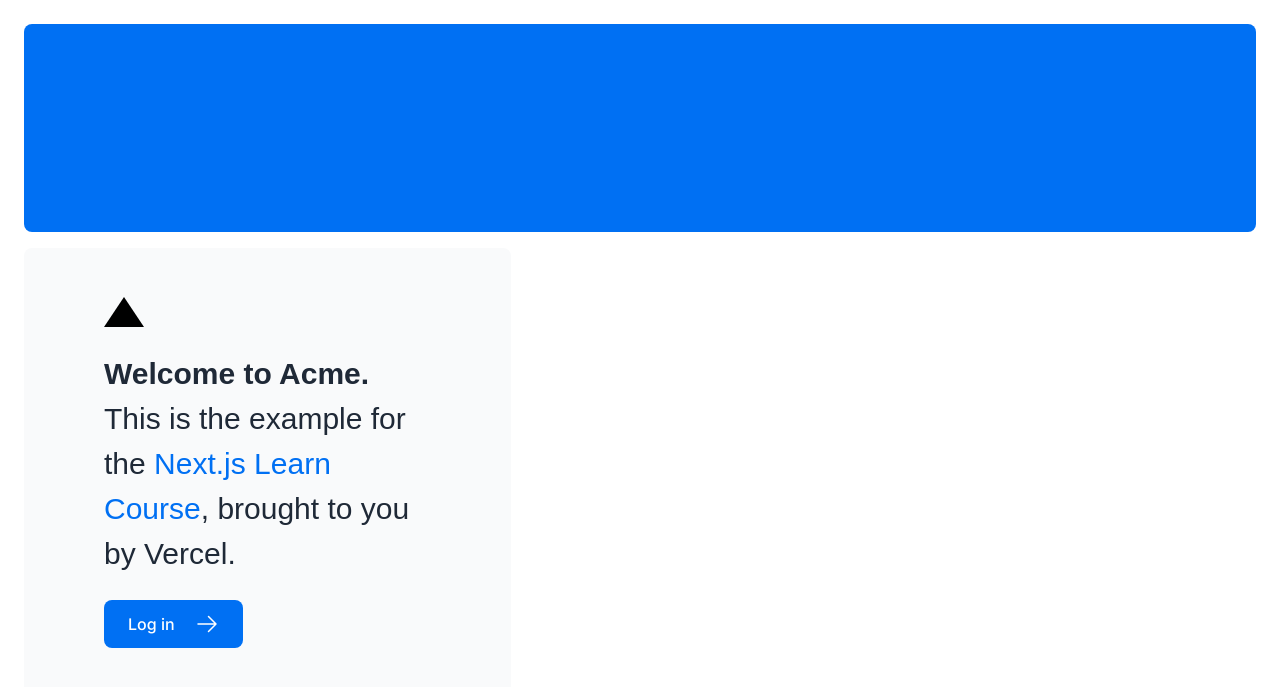
Repository: EverChan6/nextjs-blog
Page: /
The author's editor kept a copy of each file at every save. The page is drawn from the files as they stood at one save, then again after the next save.
The browser window is 1280 px wide. The pictures show the whole page.
Some web fonts or font styles are not loaded; a fallback is used. The project was rebuilt for these pictures with package versions that can differ from the ones it lists, and the page was loaded fresh each time. The framework's server and built-in components were replaced by stand-ins that run in the browser. Also part of the build but not shown: next.config.ts.

Above is the page before, as saved 2025-09-15 15:53:45.

### app/page.tsx
import AcmeLogo from '@/app/ui/acme-logo';
import { ArrowRightIcon } from '@heroicons/react/24/outline';
import Link from 'next/link';
import styles from '@/app/ui/home.module.css';
import { lusitana } from '@/app/ui/fonts';

export default function Page() {
  return (
    <main className="flex min-h-screen flex-col p-6">
      <div className="flex h-20 shrink-0 items-end rounded-lg bg-blue-500 p-4 md:h-52">
        {/* <AcmeLogo /> */}
      </div>
      <div className="mt-4 flex grow flex-col gap-4 md:flex-row">
        <div className="flex flex-col justify-center gap-6 rounded-lg bg-gray-50 px-6 py-10 md:w-2/5 md:px-20">
          <div className={styles.shape}></div>
          {/* <div className="relative w-0 h-0 border-l-[15px] border-r-[15px] border-b-[26px] border-l-transparent border-r-transparent border-b-black" /> */}
          <p
            className={`${lusitana.className} text-xl text-gray-800 md:text-3xl md:leading-normal`}
          >
            <strong>Welcome to Acme.</strong> This is the example for the{' '}
            <a href="https://nextjs.org/learn/" className="text-blue-500">
              Next.js Learn Course
            </a>
            , brought to you by Vercel.
          </p>
          <Link
            href="/login"
            className="flex items-center gap-5 self-start rounded-lg bg-blue-500 px-6 py-3 text-sm font-medium text-white transition-colors hover:bg-blue-400 md:text-base"
          >
            <span>Log in</span> <ArrowRightIcon className="w-5 md:w-6" />
          </Link>
        </div>
        <div className="flex items-center justify-center p-6 md:w-3/5 md:px-28 md:py-12">
          {/* Add Hero Images Here */}
        </div>
      </div>
    </main>
  );
}

### app/ui/fonts.ts
import { Inter, Lusitana } from 'next/font/google';

export const inter = Inter({
  subsets: ['latin'],
});

export const lusitana = Lusitana({
  subsets: ['latin'],
  weight: ['400', '700'],
});

Loaded but not shown: app/layout.tsx (common file); app/ui/global.css (common file); app/ui/home.module.css (common file); tailwind.config.ts (common file); app/ui/acme-logo.tsx (common file)

After the next save:
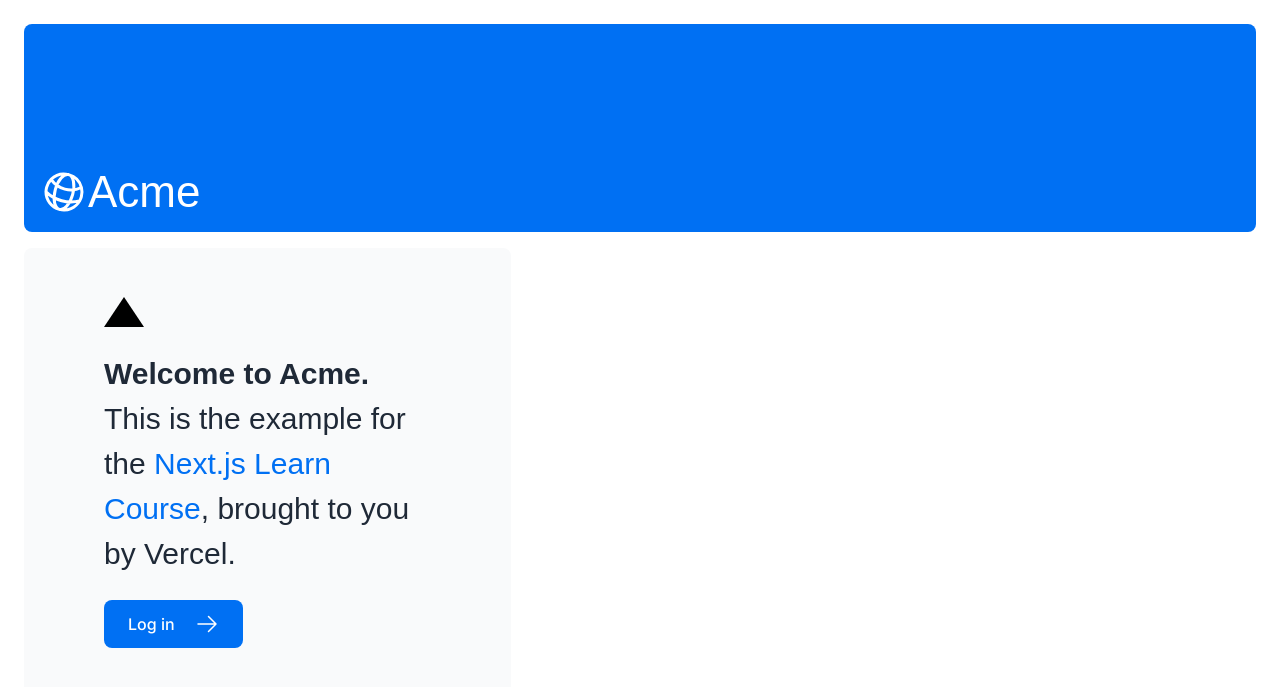
Saved 114 s later.
--- a/app/page.tsx
+++ b/app/page.tsx
@@ -8,7 +8,7 @@
   return (
     <main className="flex min-h-screen flex-col p-6">
       <div className="flex h-20 shrink-0 items-end rounded-lg bg-blue-500 p-4 md:h-52">
-        {/* <AcmeLogo /> */}
+        <AcmeLogo />
       </div>
       <div className="mt-4 flex grow flex-col gap-4 md:flex-row">
         <div className="flex flex-col justify-center gap-6 rounded-lg bg-gray-50 px-6 py-10 md:w-2/5 md:px-20">
